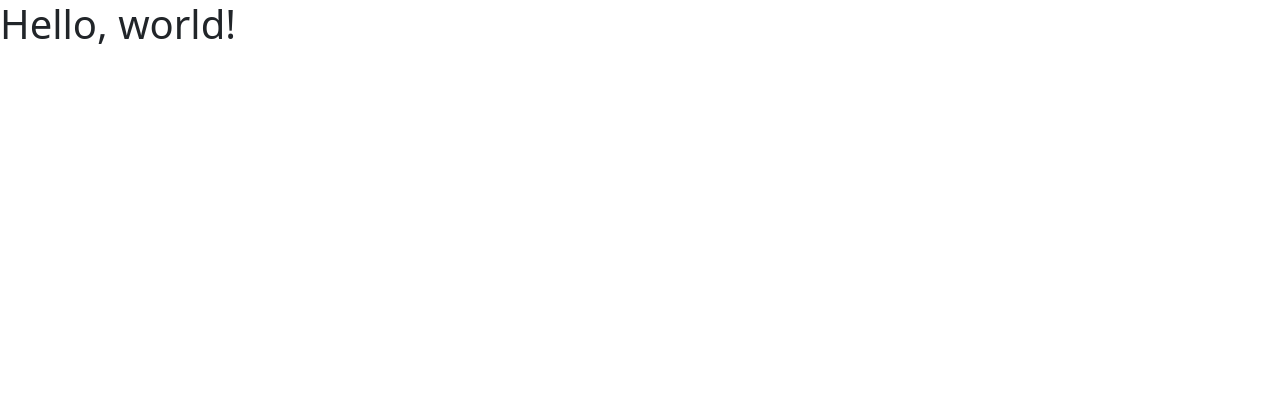
Repository: mihirnarkar/LayerArchitectureDemo
Page: http://localhost/AuthenticationSystem/
The author's editor kept a copy of each file at every save. The page is drawn from the files as they stood at one save, then again after the next save.
The browser window is 1280 px wide. The pictures show the whole page.
The page is served by Tomcat 9.

Above is the page before, as saved 2023-09-26 04:27:36.

After the next save:
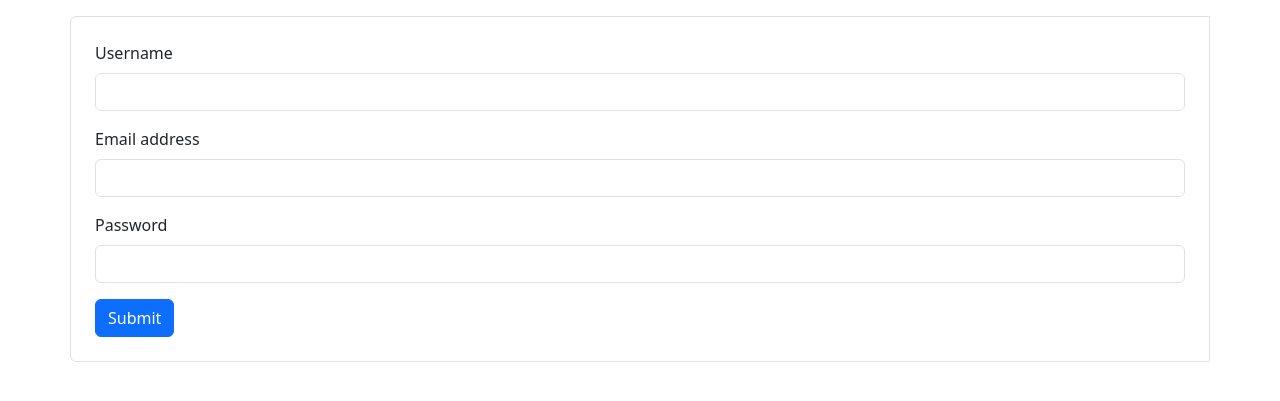
Saved 2 min 57 s later.
--- a/AuthenticationSystem/src/main/webapp/index.jsp
+++ b/AuthenticationSystem/src/main/webapp/index.jsp
@@ -11,7 +11,29 @@
     <link href="https://cdn.jsdelivr.net/npm/bootstrap@5.3.2/dist/css/bootstrap.min.css" rel="stylesheet" integrity="sha384-T3c6CoIi6uLrA9TneNEoa7RxnatzjcDSCmG1MXxSR1GAsXEV/Dwwykc2MPK8M2HN" crossorigin="anonymous">
   </head>
   <body>
-    <h1>Hello, world!</h1>
+
+  <div class="container my-3 border rounded-start p-4" >
+    <form action="" method="post">
+
+        <div class="mb-3">
+            <label for="username" class="form-label">Username</label>
+            <input type="text" class="form-control" id="username" name="username" aria-describedby="emailHelp" required>
+          </div>
+
+        <div class="mb-3">
+          <label for="email" class="form-label">Email address</label>
+          <input type="email" class="form-control" id="email"  name="email" aria-describedby="emailHelp" required>
+        </div>
+
+        <div class="mb-3">
+          <label for="password" class="form-label">Password</label>
+          <input type="password" class="form-control" id="password" name="password" required>
+        </div>
+
+        <button type="submit" class="btn btn-primary">Submit</button>
+      </form>
+</div>
+
     <script src="https://cdn.jsdelivr.net/npm/bootstrap@5.3.2/dist/js/bootstrap.bundle.min.js" integrity="sha384-C6RzsynM9kWDrMNeT87bh95OGNyZPhcTNXj1NW7RuBCsyN/o0jlpcV8Qyq46cDfL" crossorigin="anonymous"></script>
 
     <script src="https://cdn.jsdelivr.net/npm/@popperjs/core@2.11.8/dist/umd/popper.min.js" integrity="sha384-I7E8VVD/ismYTF4hNIPjVp/Zjvgyol6VFvRkX/vR+Vc4jQkC+hVqc2pM8ODewa9r" crossorigin="anonymous"></script>
